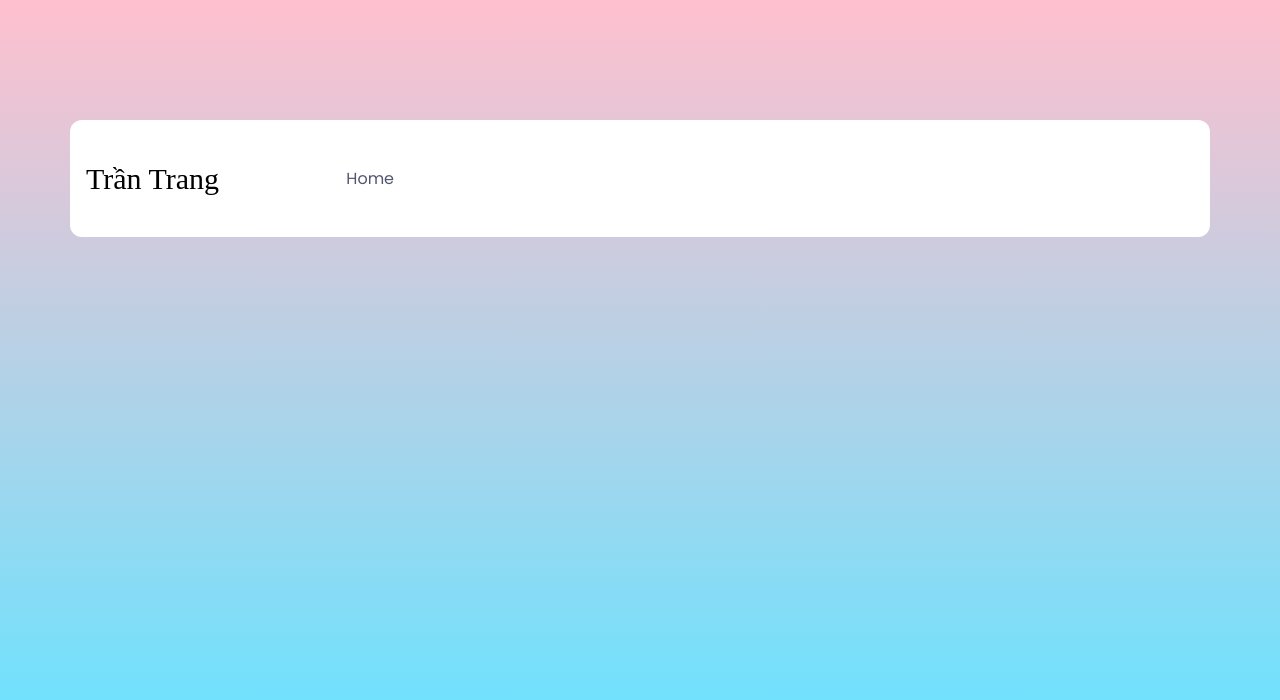
Repository: trantrang2101/CV
Page: index.html
These files come from the project's save history. The page is drawn as it stood at one moment and after the next save; the edit follows.
The browser window is 1280 px wide. The pictures show the whole page.
Some web fonts or font styles are not loaded; a fallback is used.

Above is the page before, as saved 2022-07-13 18:50:37.
Console error: TypeError: Cannot read properties of null (reading 'offsetTop')

After the next save:
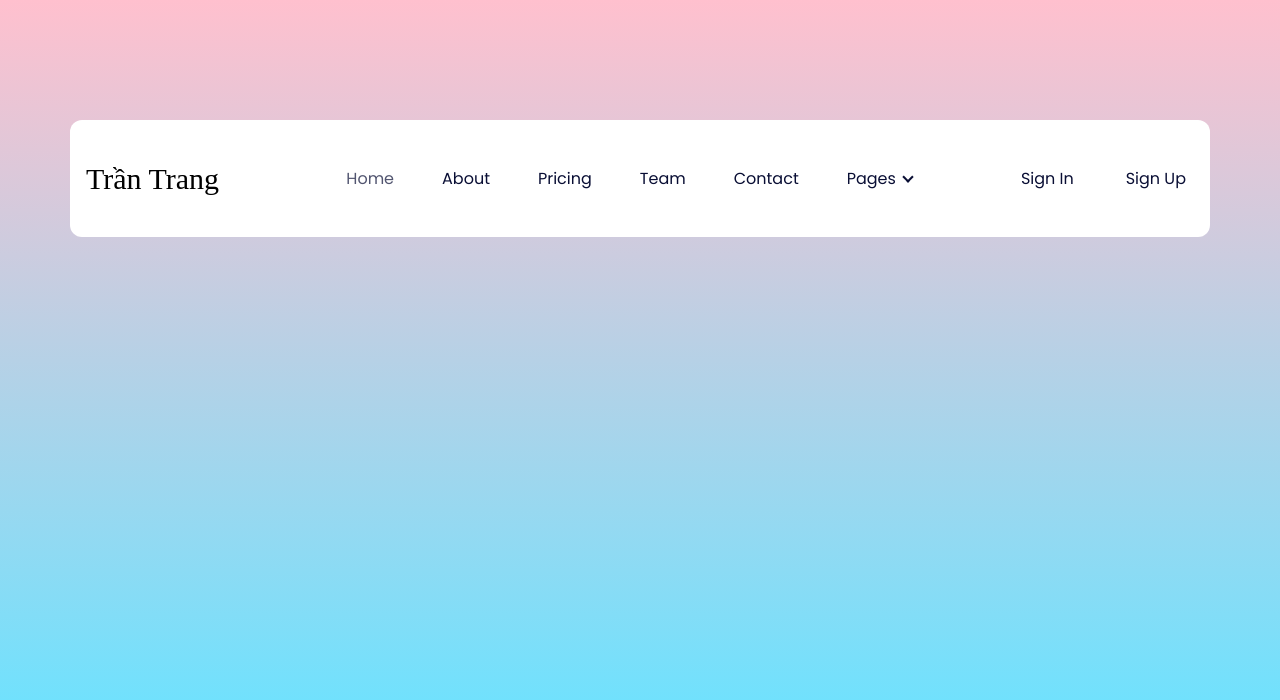
Saved 18 s later.
--- a/index.html
+++ b/index.html
@@ -49,31 +49,31 @@
                                     </li>
                                     <li class="relative group">
                                         <a href="#about"
-                                            class="ud-menu-scroll text-base text-dark lg:text-white lg:group-hover:opacity-70 lg:group-hover:text-white group-hover:text-primary py-2 lg:py-6 lg:inline-flex lg:px-0 flex mx-8 lg:mr-0 lg:ml-7 xl:ml-12">
+                                            class="ud-menu-scroll text-base text-dark lg:text-dark lg:group-hover:opacity-70 lg:group-hover:text-dark group-hover:text-primary py-2 lg:py-6 lg:inline-flex lg:px-0 flex mx-8 lg:mr-0 lg:ml-7 xl:ml-12">
                                             About
                                         </a>
                                     </li>
                                     <li class="relative group">
                                         <a href="#pricing"
-                                            class="ud-menu-scroll text-base text-dark lg:text-white lg:group-hover:opacity-70 lg:group-hover:text-white group-hover:text-primary py-2 lg:py-6 lg:inline-flex lg:px-0 flex mx-8 lg:mr-0 lg:ml-7 xl:ml-12">
+                                            class="ud-menu-scroll text-base text-dark lg:text-dark lg:group-hover:opacity-70 lg:group-hover:text-dark group-hover:text-primary py-2 lg:py-6 lg:inline-flex lg:px-0 flex mx-8 lg:mr-0 lg:ml-7 xl:ml-12">
                                             Pricing
                                         </a>
                                     </li>
                                     <li class="relative group">
                                         <a href="#team"
-                                            class="ud-menu-scroll text-base text-dark lg:text-white lg:group-hover:opacity-70 lg:group-hover:text-white group-hover:text-primary py-2 lg:py-6 lg:inline-flex lg:px-0 flex mx-8 lg:mr-0 lg:ml-7 xl:ml-12">
+                                            class="ud-menu-scroll text-base text-dark lg:text-dark lg:group-hover:opacity-70 lg:group-hover:text-dark group-hover:text-primary py-2 lg:py-6 lg:inline-flex lg:px-0 flex mx-8 lg:mr-0 lg:ml-7 xl:ml-12">
                                             Team
                                         </a>
                                     </li>
                                     <li class="relative group">
                                         <a href="#contact"
-                                            class="ud-menu-scroll text-base text-dark lg:text-white lg:group-hover:opacity-70 lg:group-hover:text-white group-hover:text-primary py-2 lg:py-6 lg:inline-flex lg:px-0 flex mx-8 lg:mr-0 lg:ml-7 xl:ml-12">
+                                            class="ud-menu-scroll text-base text-dark lg:text-dark lg:group-hover:opacity-70 lg:group-hover:text-dark group-hover:text-primary py-2 lg:py-6 lg:inline-flex lg:px-0 flex mx-8 lg:mr-0 lg:ml-7 xl:ml-12">
                                             Contact
                                         </a>
                                     </li>
                                     <li class="relative group submenu-item">
                                         <a href="javascript:void(0)"
-                                            class="text-base text-dark lg:text-white lg:group-hover:opacity-70 lg:group-hover:text-white group-hover:text-primary py-2 lg:py-6 lg:inline-flex lg:pl-0 lg:pr-4 flex mx-8 lg:mr-0 lg:ml-8 xl:ml-12 relative after:absolute after:w-2 after:h-2 after:border-b-2 after:border-r-2 after:border-current after:rotate-45 lg:after:right-0 after:right-1 after:top-1/2 after:-translate-y-1/2 after:mt-[-2px]">
+                                            class="text-base text-dark lg:text-dark lg:group-hover:opacity-70 lg:group-hover:text-dark group-hover:text-primary py-2 lg:py-6 lg:inline-flex lg:pl-0 lg:pr-4 flex mx-8 lg:mr-0 lg:ml-8 xl:ml-12 relative after:absolute after:w-2 after:h-2 after:border-b-2 after:border-r-2 after:border-current after:rotate-45 lg:after:right-0 after:right-1 after:top-1/2 after:-translate-y-1/2 after:mt-[-2px]">
                                             Pages
                                         </a>
                                         <div
@@ -117,11 +117,11 @@
                         </div>
                         <div class="sm:flex justify-end hidden pr-16 lg:pr-0">
                             <a href="signin.html"
-                                class="text-base font-medium text-white hover:opacity-70 py-3 px-7 loginBtn">
+                                class="text-base font-medium text-dark hover:opacity-70 py-3 px-7 loginBtn">
                                 Sign In
                             </a>
                             <a href="signup.html"
-                                class="text-base font-medium text-white bg-white bg-opacity-20 rounded-lg py-3 px-6 hover:bg-opacity-100 hover:text-dark signUpBtn duration-300 ease-in-out">
+                                class="text-base font-medium text-dark bg-white bg-opacity-20 rounded-lg py-3 px-6 hover:bg-opacity-100 hover:text-dark signUpBtn duration-300 ease-in-out">
                                 Sign Up
                             </a>
                         </div>
